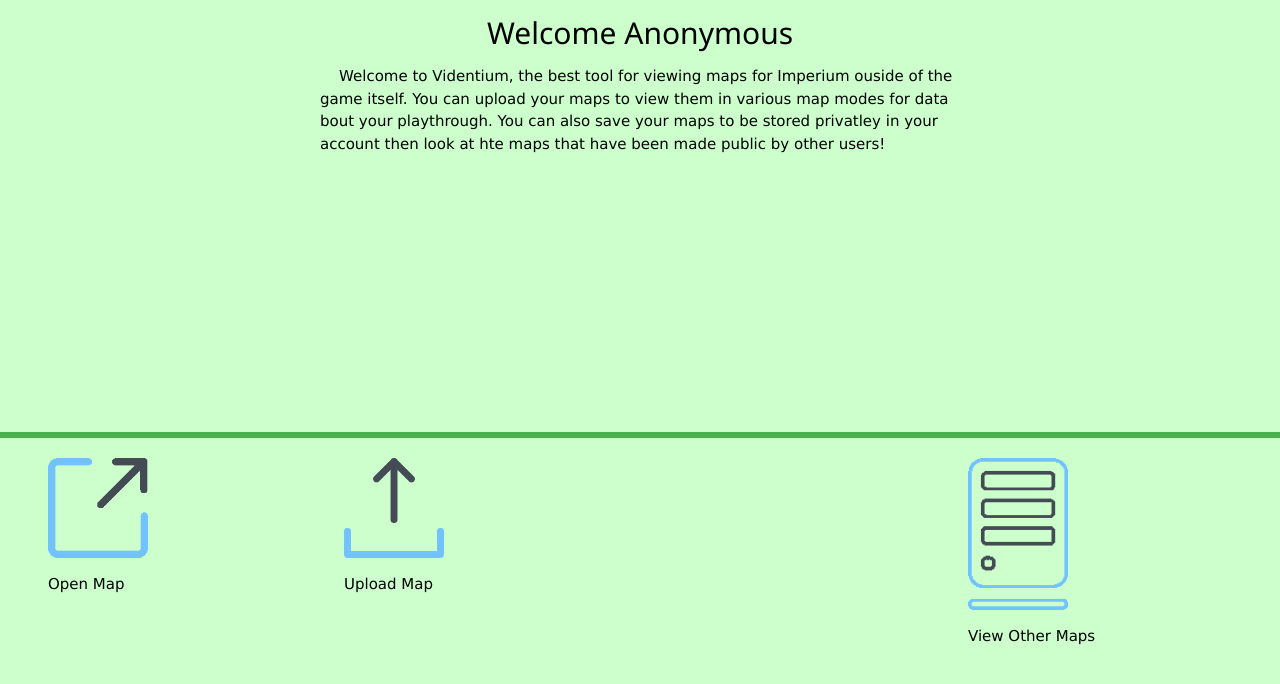
Repository: ReactorDevelopment/environment
Page: public/index.html
The author's editor kept a record of every edit. The page is drawn from the files as they stood at one moment, then again after the next edit.
The browser window is 1280 px wide. The pictures show the whole page.

Above is the page before.

### public/index.html
<html lang="en">
    <head>
        <meta charset="UTF-8">
        <title>Title</title>
        <script src="https://ajax.googleapis.com/ajax/libs/jquery/3.5.1/jquery.min.js"></script>
        <script src="mapController.js"></script>
    </head>
    <meta name="viewport" content="width=device-width, initial-scale=1">
    <link rel="stylesheet" href="https://www.w3schools.com/w3css/4/w3.css">
    <body style="background: #ccffcc">
        <h2 id="welcome" class="w3-center"></h2>
        <p style="width: 50%; margin: auto">&nbsp;&nbsp;&nbsp;&nbsp;Welcome to Videntium, the best tool for viewing maps for Imperium ouside of the game itself.
        You can upload your maps to view them in various map modes for data bout your playthrough.
        You can also save your maps to be stored privatley in your account then look at hte maps that have been made public by other users!</p>
        <div style="position: absolute; bottom: 0; height: 40%; width: 100%" class="w3-container w3-topbar w3-border-green">
            <div class="w3-half w3-container" style="padding-top: 20px;">
                <div style="float:left; height: 100%;" class="w3-half w3-container">
                    <img onclick="toMap()" style="visibility: visible; width: 100px; height: auto; " src="open.png"/>
                    <p>Open Map</p>
                </div>
                <p id="fileErr" style="display: none; position: absolute; bottom: 0; color: red;"></p>
                <div style="float:right; height: 100%" class="w3-half w3-container">
                    <label for="mapSelect">
                        <img style="width: 100px; height: auto;" src="upload.png"/>
                    </label>
                    <input id="mapSelect" type="file" style="display: none"/>
                    <p>Upload Map</p>
                </div>
            </div>
            <div class="w3-half w3-container" style="padding-top: 20px;">
                <div style="height: 100%; float: right" class="w3-half w3-container">
                    <img onclick="toDb()" style="width: 100px; height: auto;" src="server.png"/>
                    <p>View Other Maps</p>
                </div>
            </div>
        </div>
    </body>
    <script>
        var mapStr;
        var fileName;
        initIndex();
        function initIndex(){
            let name = getCookie("name");
            if(name !== null && name !== "")
                document.getElementById("welcome").innerHTML = "Welcome "+name;
            else
                document.getElementById("welcome").innerHTML = "Welcome Anonymous";

        }
        function toMap(){
            loadFile(document.getElementById("mapSelect"));
            if(mapStr !== undefined){
                /*const request = new XMLHttpRequest();
                const url='/toMap';
                request.open("GET", url, true);
                request.send(null);

                request.onreadystatechange = (e) => {
                    console.log(request.responseText);
                    window.open("/toMap?mapstr="+mapStr, "_self");
                };*/
                window.open("/map.html?file="+fileName+"&mapstr="+mapStr, "_self");
            }
            else{
                document.getElementById("fileErr").innerHTML = "No file selected";
                document.getElementById("fileErr").style.display = "block";
            }
        }
        function loadFile(input){
            let file = input.files[0];
            if(file !== undefined){
                fileName = file.name;
                document.getElementById("fileErr").innerHTML = "";
                document.getElementById("fileErr").style.display = "none";
                console.log(file);
                let fr=new FileReader();
                fr.onload=function(){
                    console.log(fr.result);
                    mapStr = fr.result;
                }
                if(file.name.substring(file.name.lastIndexOf(".")) === ".imprm")
                    fr.readAsText(file);
                else
                    document.getElementById("fileErr").innerHTML = "Wrong file type";
            }else
                document.getElementById("fileErr").innerHTML = "You must select a file";
        }
        function toDb(){
            window.open("/database.html", "_self");
        }
        function getCookie(name){
            let cookies = decodeURIComponent(document.cookie);
            cookies = cookies.split(';');
            let cookieIndex = cookies.indexOf(";"+name+"=")+name.length+2;
            for(let i = 0; i <cookies.length; i++) {
                let c = cookies[i];
                while (c.charAt(0) === ' ') {
                  c = c.substring(1);
                }
                if (c.indexOf(name) == 0) {
                  return c.substring(name.length+1, c.length);
                }
              }
              return null;
        }
    </script>
</html>

### public/mapController.js
var loadedMap;

After the next edit:
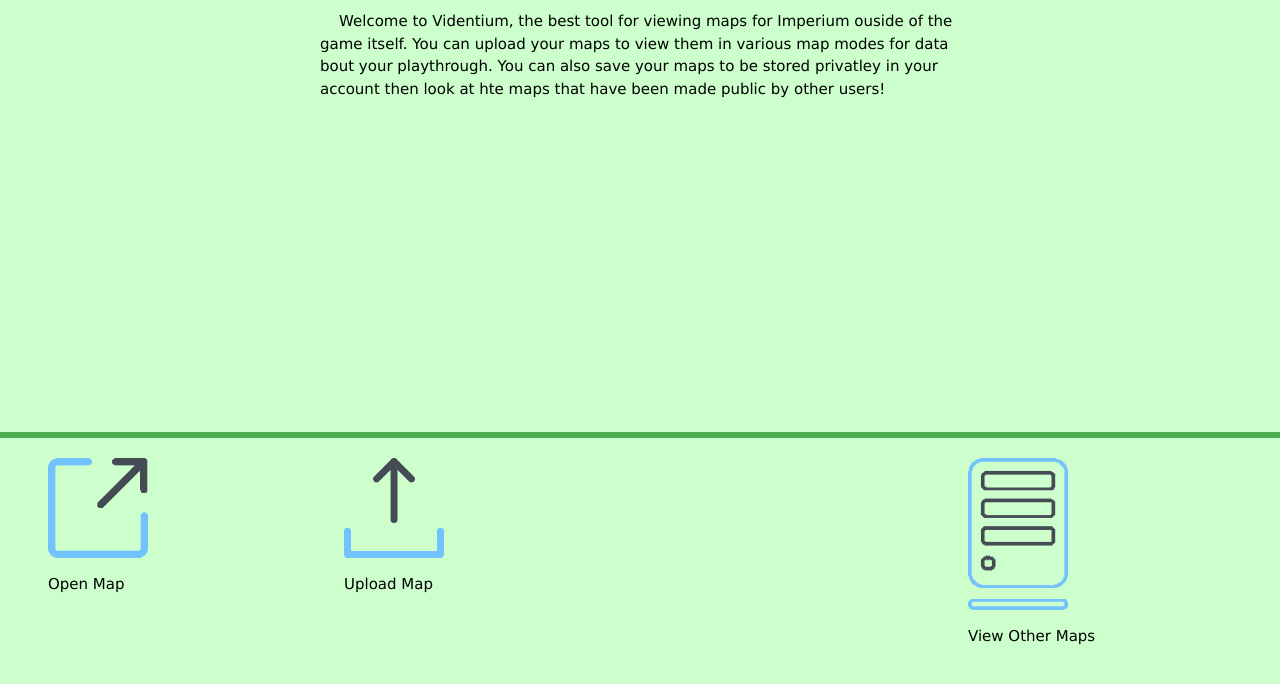
Console error: SyntaxError: Unexpected token 'else'
The edit:
--- a/public/index.html
+++ b/public/index.html
@@ -78,7 +78,7 @@
                     console.log(fr.result);
                     mapStr = fr.result;
                 }
-                if(file.name.substring(file.name.lastIndexOf(".")) === ".imprm")
+
                     fr.readAsText(file);
                 else
                     document.getElementById("fileErr").innerHTML = "Wrong file type";

After the 2 edits that followed:
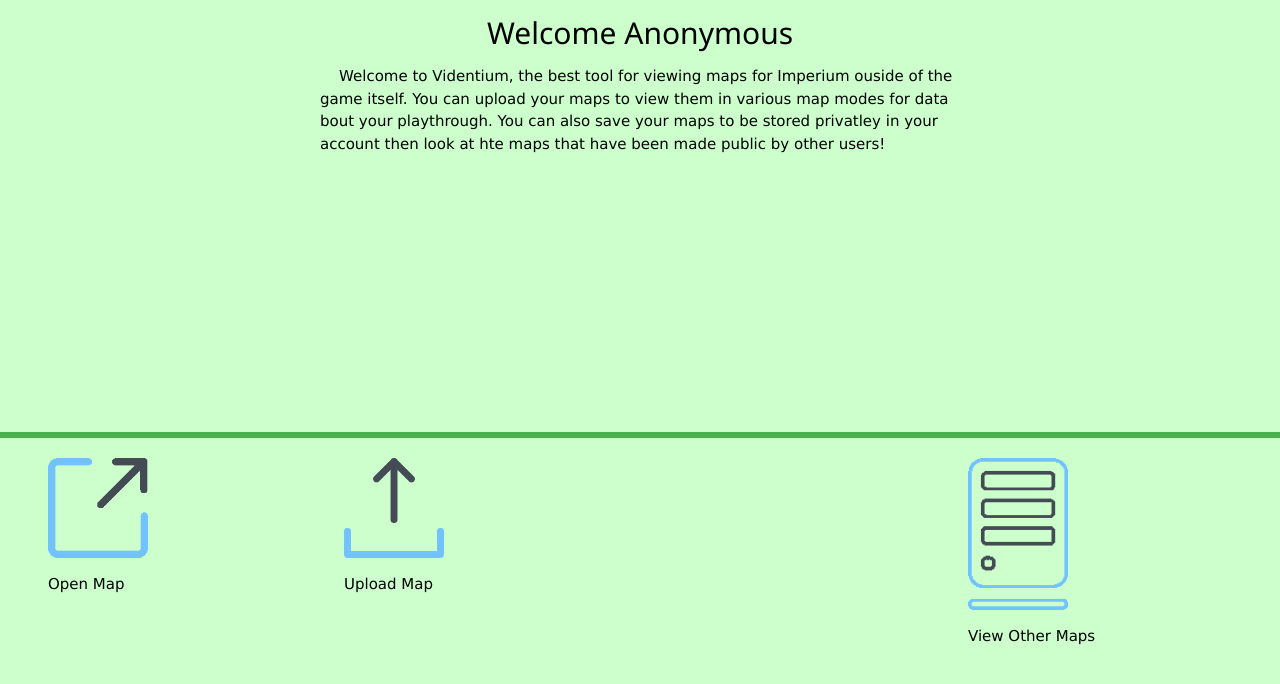
The error is gone.
The 2 edits are shown as one change because 1 left the picture as it was.
The edit:
--- a/public/index.html
+++ b/public/index.html
@@ -76,12 +76,12 @@
                 let fr=new FileReader();
                 fr.onload=function(){
                     console.log(fr.result);
-                    mapStr = fr.result;
+                    if(file.name.substring(file.name.lastIndexOf(".")) === ".imprm")
+                        mapStr = fr.result;
                 }
 
-                    fr.readAsText(file);
-                else
-                    document.getElementById("fileErr").innerHTML = "Wrong file type";
+                fr.readAsText(file);
+
             }else
                 document.getElementById("fileErr").innerHTML = "You must select a file";
         }
